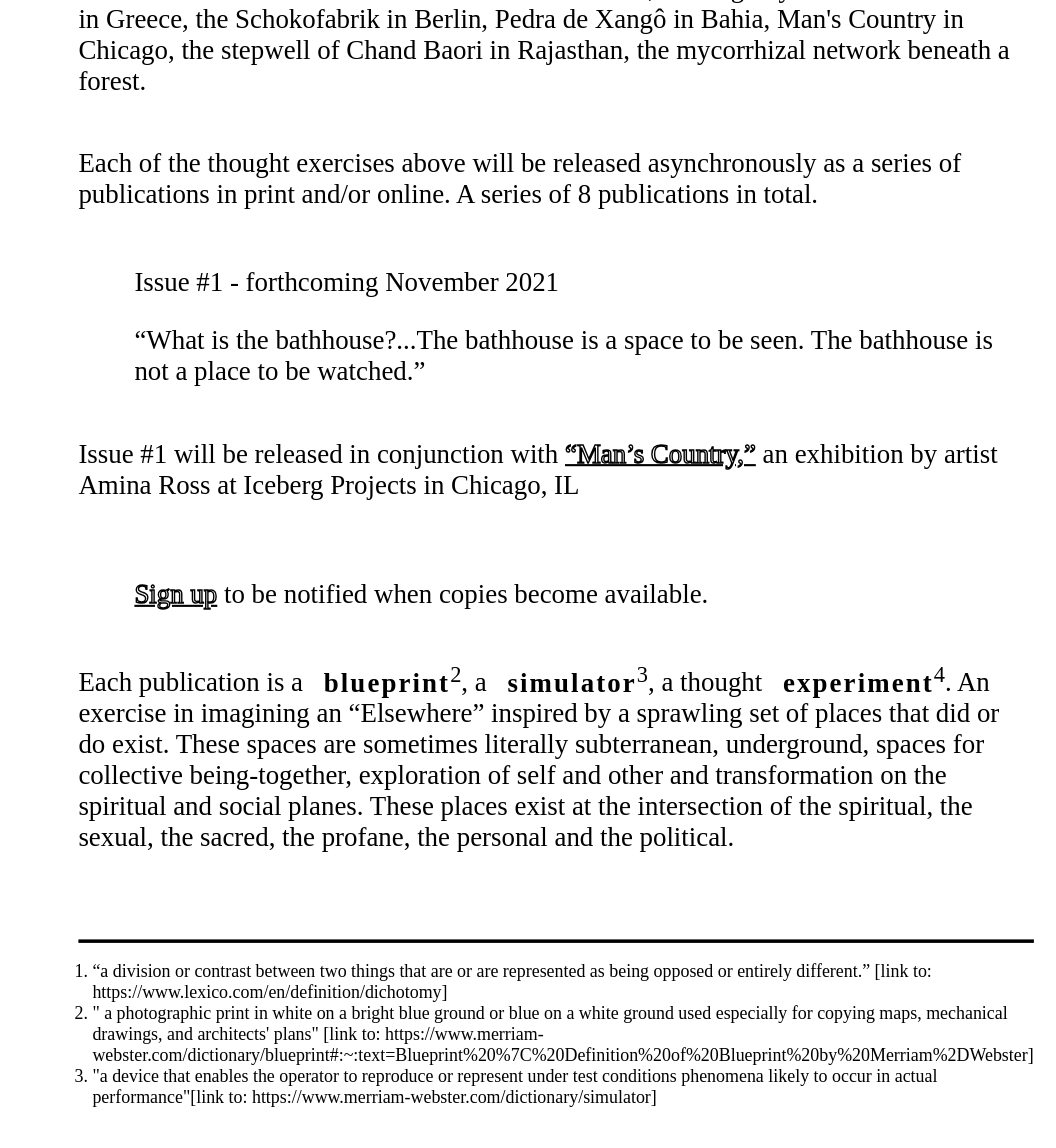
Repository: ayoungblood2/bathhouse.online
Page: index.html
The author's editor kept a copy of each file at every save. The page is drawn from the files as they stood at one save, then again after the next save.
The browser window is 1280 px wide. The page is 1509 px wide, so the pictures cover 1509 px, including what lies to the right of the window. The pictures show the part of the page from y = 2580 to 4220 px (the page is 4220 px tall before and 4190 px after), at 70% of full size.
An inner scrolling area shows only its first screen. Backgrounds fixed to the window are drawn as part of the page. Some web fonts or font styles are not loaded; a fallback is used.

Above is the page before, as saved 2021-10-16 17:16:49.
Not found: js/layout_main.js
Not found: js/three_main.js
Not found: style.css

### index.html
<!DOCTYPE html>
<html>

<head>
    <meta charset="UTF-8">
    <meta name="viewport" content="width=device-width, initial-scale=1.0, maximum-scale=1.0, user-scalable=no" />
    <title>bathhouse.online</title>
    <link rel="apple-touch-icon" sizes="180x180" href="/apple-touch-icon.png">
    <link rel="icon" type="image/png" sizes="32x32" href="/favicon-32x32.png">
    <link rel="icon" type="image/png" sizes="16x16" href="/favicon-16x16.png">
    <link rel="manifest" href="/site.webmanifest">
    <link rel="stylesheet" href="style.css">
    <script src="http://code.jquery.com/jquery-1.12.0.min.js"></script>
    <link rel='dns-prefetch' href='//ajax.googleapis.com' />
    <meta name="keywords" content="Amina Ross, Avery Youngblood">
    <meta name="author" content="Avery Youngblood">
    <script type="text/javascript" src="./js/layout_main.js"></script>
    <script type="text/javascript" src="./js/three_main.js"></script>

    <style>
        @font-face {
            font-family: Avenir Next Heavy;
            src: url(fonts/AvenirNext.ttc);
        }

        body,
        html {
            height: 100%;
            width: 100%;
            margin: 0;
            overflow-x: hidden;
        }

        *,
        *:before,
        *:after {
            box-sizing: inherit;
        }

        .bg {

            /* background-image: url('images/20211010224425098.gif'); */


            /* Full height */
            height: 100%;

            /* Center and scale the image nicely */
            background-position: center;
            background-repeat: no-repeat;
            background-size: cover;
            position: relative;
            top: 0;
            left: 0;

            /* padding: 100px; */

            font-family: "Avenir Next Heavy";

        }




        .txt {
            position: absolute;
            top: 60px;
            left: 80px;
            font-family: "Avenir Next Heavy";
        }

        h1 {
            font-size: 10vw;
            text-align: center;
        }

        p {
            font-size: 3vw;
        }

        .parallax {
            /* The image used */
            background-image: url('images/20211010224425098.gif');

            /* Full height */
            height: 100%;

            /* Create the parallax scrolling effect */
            background-attachment: fixed;
            background-position: center;
            background-repeat: no-repeat;
            background-size: cover;
        }

        .container {
            padding: 10px;
            width: 2em;
        }

        .item {
            width: 50%;
            width: fit-content;
            padding: 5px;
            margin-bottom: 1em;
        }


        @media only screen and (max-width:900px) {
            h1 {
                font-size: 8vw;
            }

            .bg {
                padding: 0px;
            }

            p {
                font-size: 2vw;
            }
        }

        .top {
            padding: 1em;
            /* display: grid; */
            /* grid-gap: 3em; */
            grid-template-columns: repeat(1, 250px);
        }

        .quote {
            padding: 1em;
            /* border-radius: .3em; */
            /* box-shadow: 10px 10px 30px rgba(0, 0, 0, 0.1); */
        }

        p {
            margin-top: 0;
            margin-right: 20px;
            font-size: 3vw;
        }

        span {
            font-weight: bold;
            position: relative;
            margin-left: 20px;
        }

        :before {
            content: '';
            position: fixed;
            height: 1px;
            width: 20px;
            /* border-bottom: 1px solid black; */
            top: 20px;
        }




        @media(min-width:950px) {
            .top {
                grid-template-columns: repeat(2, 250fr);
            }
        }

        .tab {
            margin-left: 80px;
        }

        footer {
            margin-top: 50px;
            border-top: 5px solid black;
            font-size: 2vw;
        }

        footer ol {
            padding-left: 20px;
        }

        /**
 * Initialiazing a `footnotes` counter on the wrapper
 */
        article {
            counter-reset: footnotes;
        }

        /**
 * Inline footnotes references
 * 1. Increment the counter at each new reference
 * 2. Reset link styles to make it appear like regular text
 */
        [aria-describedby="footnote-label"] {
            counter-increment: footnotes;
            /* 1 */
            text-decoration: none;
            /* 2 */
            color: inherit;
            /* 2 */
            cursor: default;
            /* 2 */
            outline: none;
            /* 2 */
        }

        /**
 * Actual numbered references
 * 1. Display the current state of the counter (e.g. `[1]`)
 * 2. Align text as superscript
 * 3. Make the number smaller (since it's superscript)
 * 4. Slightly offset the number from the text
 * 5. Reset link styles on the number to show it's usable
 */
        [aria-describedby="footnote-label"]::after {
            content: '['counter(footnotes) ']';
            /* 1 */
            vertical-align: super;
            /* 2 */
            font-size: 0.5em;
            /* 3 */
            margin-left: 2px;
            /* 4 */
            color: blue;
            /* 5 */
            text-decoration: underline;
            /* 5 */
            cursor: pointer;
            /* 5 */
        }

        /**
 * Resetting the default focused styles on the number
 */
        [aria-describedby="footnote-label"]:focus::after {
            outline: thin dotted;
            outline-offset: 2px;
        }

        [aria-label="Back to content"] {
            font-size: 0.8em;
        }

        /**
 * Highlight target note
 */
        footer :target {
            background: yellow;
        }

        /**
 * Visually hidden yet accessible content
 */
        .visually-hidden {
            position: absolute;
            clip: rect(0 0 0 0);
            visibility: hidden;
            opacity: 0;
        }
    </style>

<body>


    <div class="parallax"></div>

    <div class="bg"></div>

    <div class="txt">

        <h1>bathhouse.online</h1>



        <div class="top">
            <div class="quote">

                <p style="font-size: 5vw;">

                    The bathhouse is safe. <br>The bathhouse is not secure.<br><br>
                    The bathhouse is a space to be seen. <br>The bathhouse is not a place to be watched.<br><br>
                    The bathhouse is sensual. <br>The bathhouse is not unspiritual.<br><br>
                    The bathhouse is a space for meaningful work. <br>The bathhouse is not a workplace.<br><br>
                    The bathhouse is a technology. <br>The bathhouse is not a machine.<br><br>
                    The bathhouse is immersive. <br>The bathhouse is not without a body.<br><br>
                    The bathhouse is sweating. <br>The bathhouse is not drained.<br><br>
                    The bathhouse is gone. <br>The bathhouse is not over.<br>
                </p>

                <br>

                <p>
                    “The Bathhouse” is a yet-to-exist space, generated through a set of (false)<span
                        style="letter-spacing: 3px;">dichotomies</span><sup>1</sup>,
                    core questions, reflections and exercises. The characteristics of The Bathhouse are drawn from the
                    "Queer/Bath/House Research Project" - A research project conceived of by <a
                        style="color: white; -webkit-text-stroke: 2px black;" href=aminaross.com>Amina
                        Ross</a>, carried forward with artist and summer research assistant <a
                        style="color: white; -webkit-text-stroke: 2px black;" href=https://nguyenbao.myportfolio.com>
                        Bao Nguyen</a>. "Queer/Bath/House Research Project" took place during the
                    height of the covid-19 pandemic in the summer of 2020.

                </p>
                <br> <br>
                <p>
                    The Bathhouse is the Continental Baths in New York, the troglodytic town of Pantalica in Greece, the
                    Schokofabrik in Berlin, Pedra de Xangô in Bahia, Man's Country in Chicago, the stepwell of Chand
                    Baori in Rajasthan, the mycorrhizal network beneath a forest.


                </p>
                <br> <br>
                <p>
                    Each of the thought exercises above will be released asynchronously as a series of publications in
                    print and/or online. A series of 8 publications in total.<br><br>
                <p class="tab">Issue #1 - forthcoming November 2021</p>
                <p class="tab">“What is the bathhouse?...The bathhouse is a space to be seen. The bathhouse is not a
                    place to be
                    watched.”</p>
                </p>
                <br> <br>
                <p>
                    Issue #1 will be released in conjunction with <a
                        style="color: white; -webkit-text-stroke: 2px black;" href=https://icebergchicago.com>“Man’s
                        Country,”</a> an exhibition by artist Amina Ross at Iceberg Projects in Chicago, IL
                </p>
                <br> <br>
                <p>

                <p class="tab"><a style="color: white; -webkit-text-stroke: 2px black;"
                        href=https://forms.gle/NMAofWzGxNe4W74i9>Sign up</a> to be notified when copies become
                    available.</p>

                </p>
                <br> <br>
                <p>
                    Each publication is a <span style="letter-spacing: 3px;">blueprint</span><sup>2</sup>, a <span
                        style="letter-spacing: 3px;">simulator</span><sup>3</sup>, a thought <span
                        style="letter-spacing: 3px;">experiment</span><sup>4</sup>. An exercise in imagining an
                    “Elsewhere” inspired by a sprawling set of places that did or do exist. These spaces are sometimes
                    literally subterranean, underground, spaces for collective being-together, exploration of self and
                    other and transformation on the spiritual and social planes. These places exist at the intersection
                    of the spiritual, the sexual, the sacred, the profane, the personal and the political.

                </p>
                <br> <br>
                <footer>

                    <ol>
                        <li id="footnotes">“a division or contrast between two things that are or are represented as
                            being opposed or entirely different.” [link to:
                            https://www.lexico.com/en/definition/dichotomy]
                        </li>

                        <li id="css">" a photographic print in white on a bright blue ground or blue on a white ground
                            used especially for copying maps, mechanical drawings, and architects' plans" [link to:
                            https://www.merriam-webster.com/dictionary/blueprint#:~:text=Blueprint%20%7C%20Definition%20of%20Blueprint%20by%20Merriam%2DWebster]
                        </li>

                        <li id="css-counters">"a device that enables the operator to reproduce or represent under test
                            conditions phenomena likely to occur in actual performance"[link to:
                            https://www.merriam-webster.com/dictionary/simulator]
                        </li>
                    </ol>
                </footer>
            </div>


        </div>
    </div>




</body>

<script>
    $(function () {
        var previousScroll = 0;
        $(window).scroll(function (event) {
            var scroll = $(this).scrollTop();
            var heading = $('.parallax');

            if (scroll > 600) {
                console.log('scrolling down');
                heading.fadeIn("slow", function () {
                    heading.css('opacity', '0.4');
                });
            } else {
                heading.fadeIn("slow", function () {
                    heading.css('opacity', '1');
                });
            }
            previousScroll = scroll;
        });
    })
</script>
</head>

</html>

After the next save:
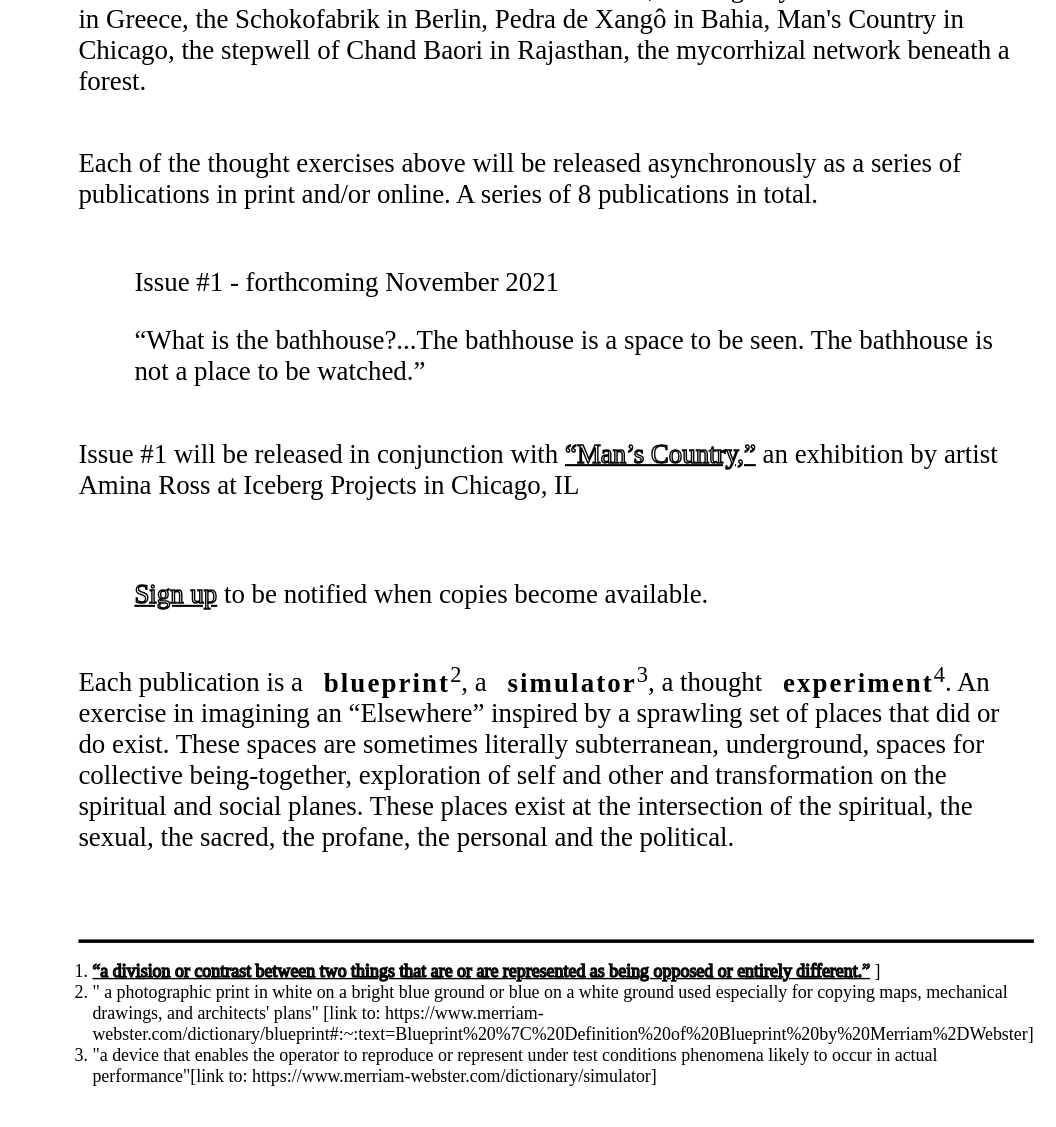
Saved 36 s later.
--- a/index.html
+++ b/index.html
@@ -344,9 +344,10 @@
                 <footer>
 
                     <ol>
-                        <li id="footnotes">“a division or contrast between two things that are or are represented as
-                            being opposed or entirely different.” [link to:
-                            https://www.lexico.com/en/definition/dichotomy]
+                        <li id="footnotes"><a style="color: white; -webkit-text-stroke: 2px black;"
+                            href=https://www.lexico.com/en/definition/dichotomy>“a division or contrast between two things that are or are represented as
+                            being opposed or entirely different.”</a>
+                            ]
                         </li>
 
                         <li id="css">" a photographic print in white on a bright blue ground or blue on a white ground
